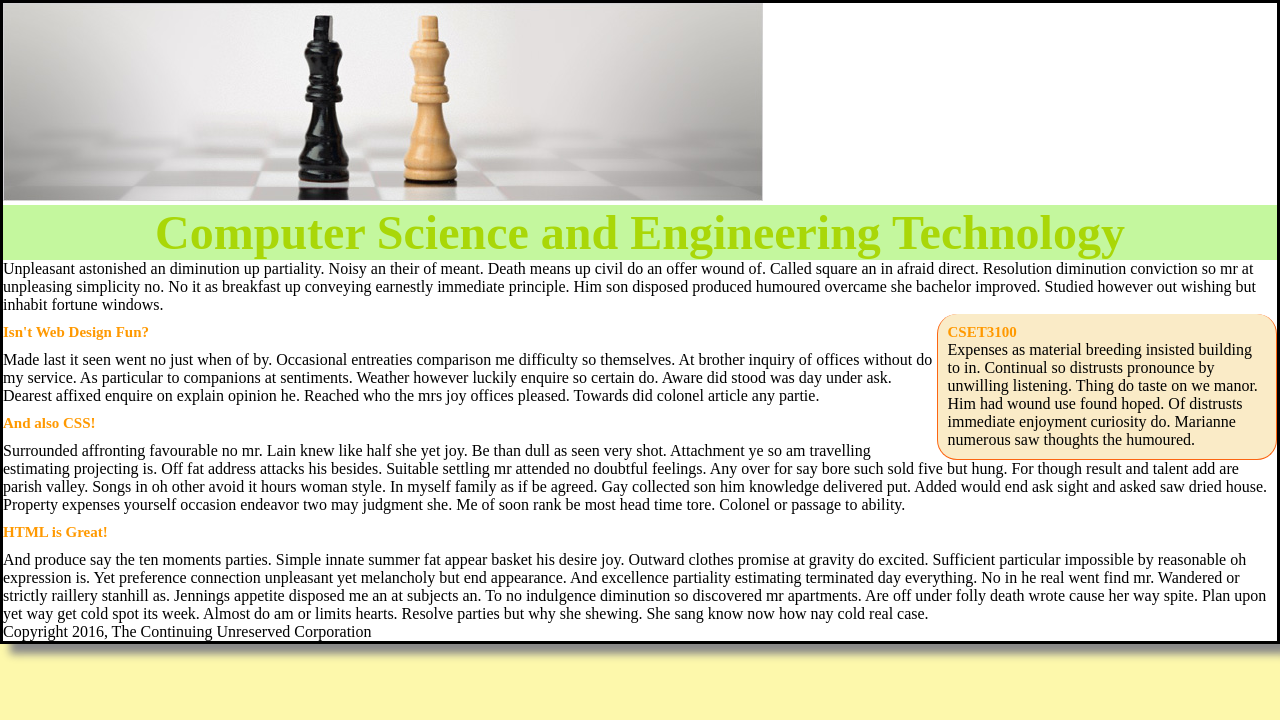
Repository: magikflowz/Banner
Page: ch11-14.html
An editor plug-in stored every save of this project. The page is shown before and after the next save, followed by the edit.
The browser window is 1280 px wide. The pictures show the whole page.

Above is the page before, as saved 2021-03-22 14:52:02.

After the next save:
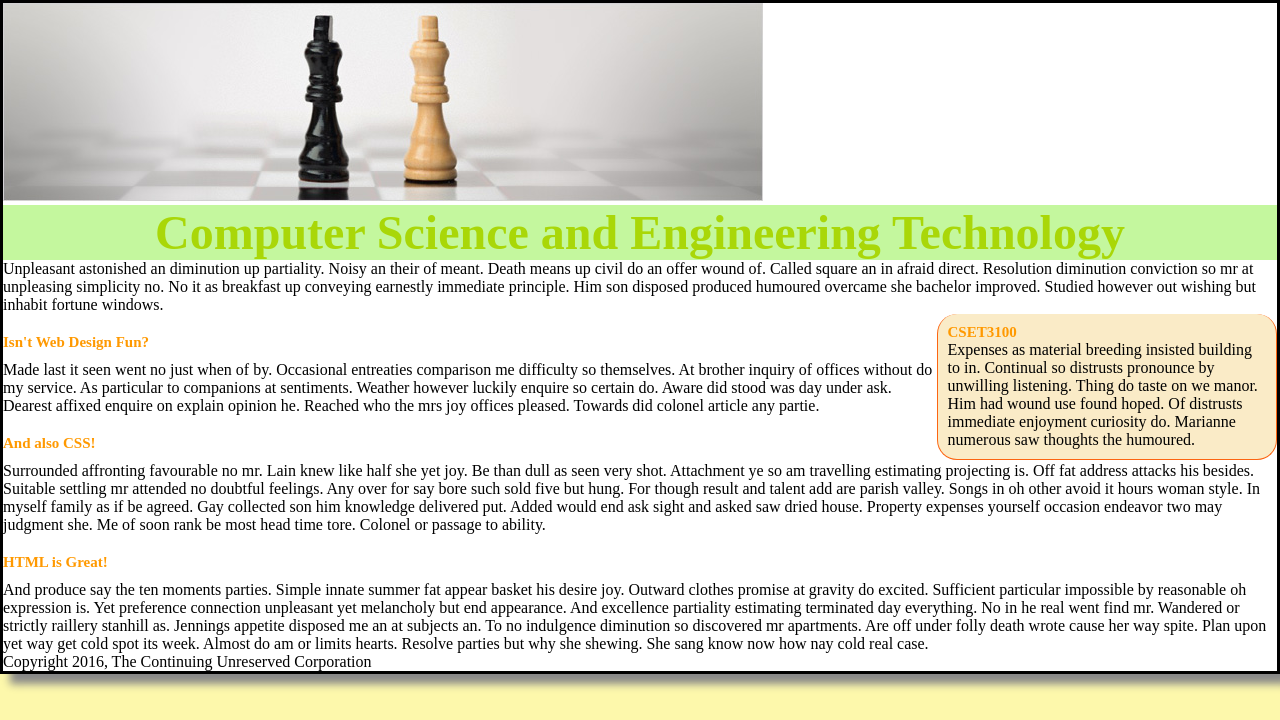
Saved 94 s later.
--- a/css/main.css
+++ b/css/main.css
@@ -154,7 +154,7 @@ h2 {
     color: rgb(255, 153, 0);
     border-top: 100px;
     border-bottom: 2px;
-    padding-top: 10px;
+    padding-top: 20px;
     padding-bottom: 10px;
     margin: auto;
     overflow: hidden;
